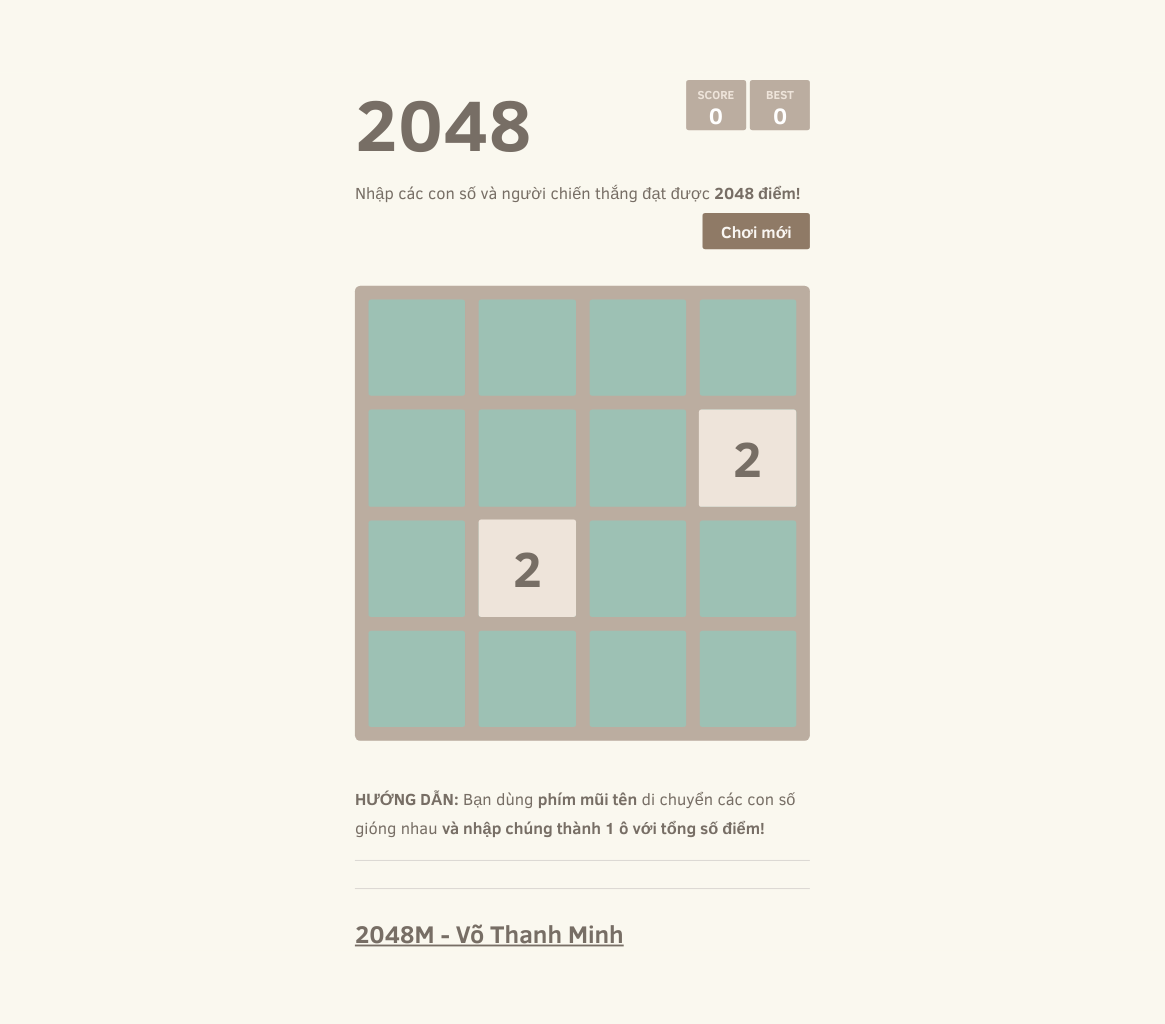
Repository: vtminhvt/w2048
Page: workspace/index.html
The author's editor kept a record of every edit. The page is drawn from the files as they stood at one moment, then again after the next edit.
The browser window is 1280 px wide. The pictures show the whole page, at 91% of full size.

Above is the page before.

After the next edit:
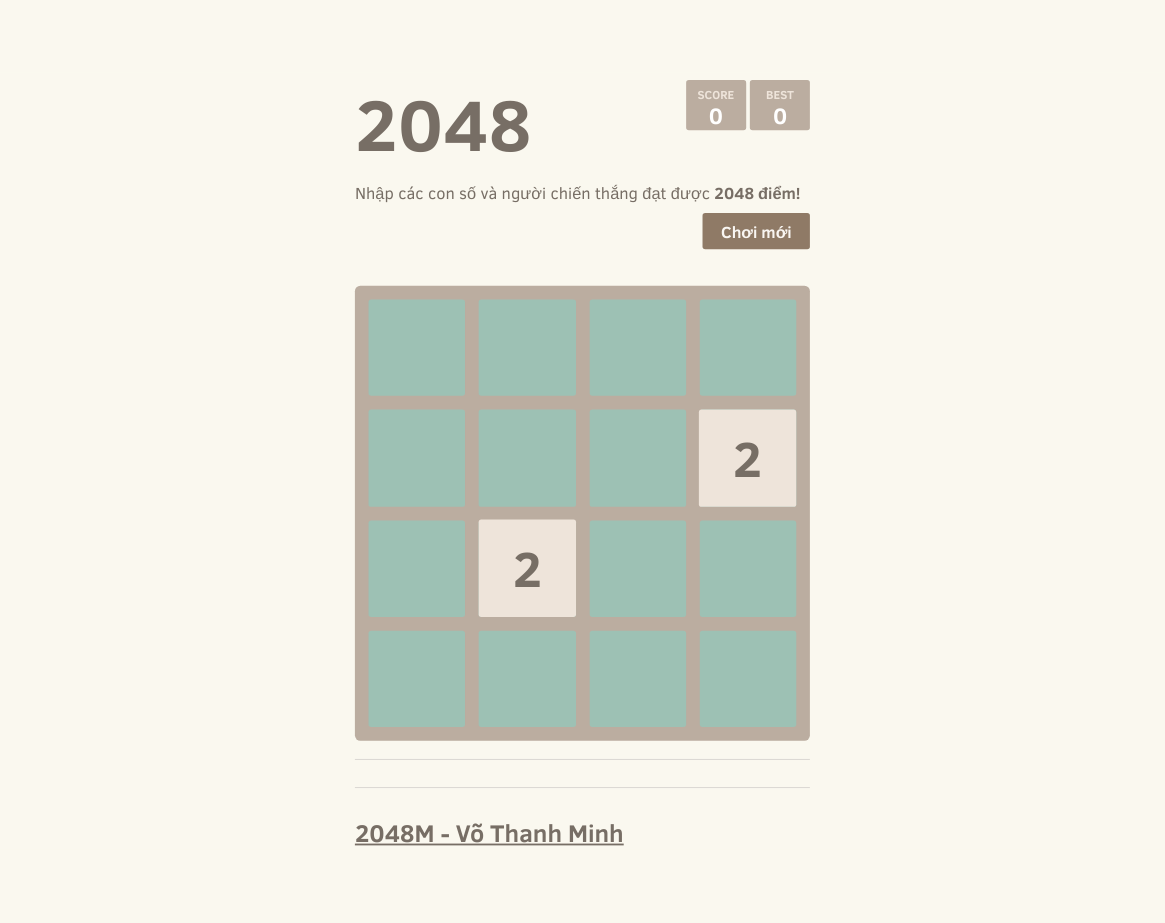
The edit:
--- a/workspace/index.html
+++ b/workspace/index.html
@@ -84,9 +84,17 @@
       </div>
     </div>
 
-    <p class="game-explanation">
-      <strong class="important">Hướng dẫn:</strong> Bạn dùng <strong>phím mũi tên</strong> di chuyển các con số gióng nhau  <strong>và nhập chúng thành 1 ô với tổng số điểm!</strong>
-    </p>
+
+    <script async src="//pagead2.googlesyndication.com/pagead/js/adsbygoogle.js"></script>
+<ins class="adsbygoogle"
+     style="display:block; text-align:center;"
+     data-ad-layout="in-article"
+     data-ad-format="fluid"
+     data-ad-client="ca-pub-4943142667863363"
+     data-ad-slot="6610255631"></ins>
+<script>
+     (adsbygoogle = window.adsbygoogle || []).push({});
+</script>
     <hr>
     <p>
 
